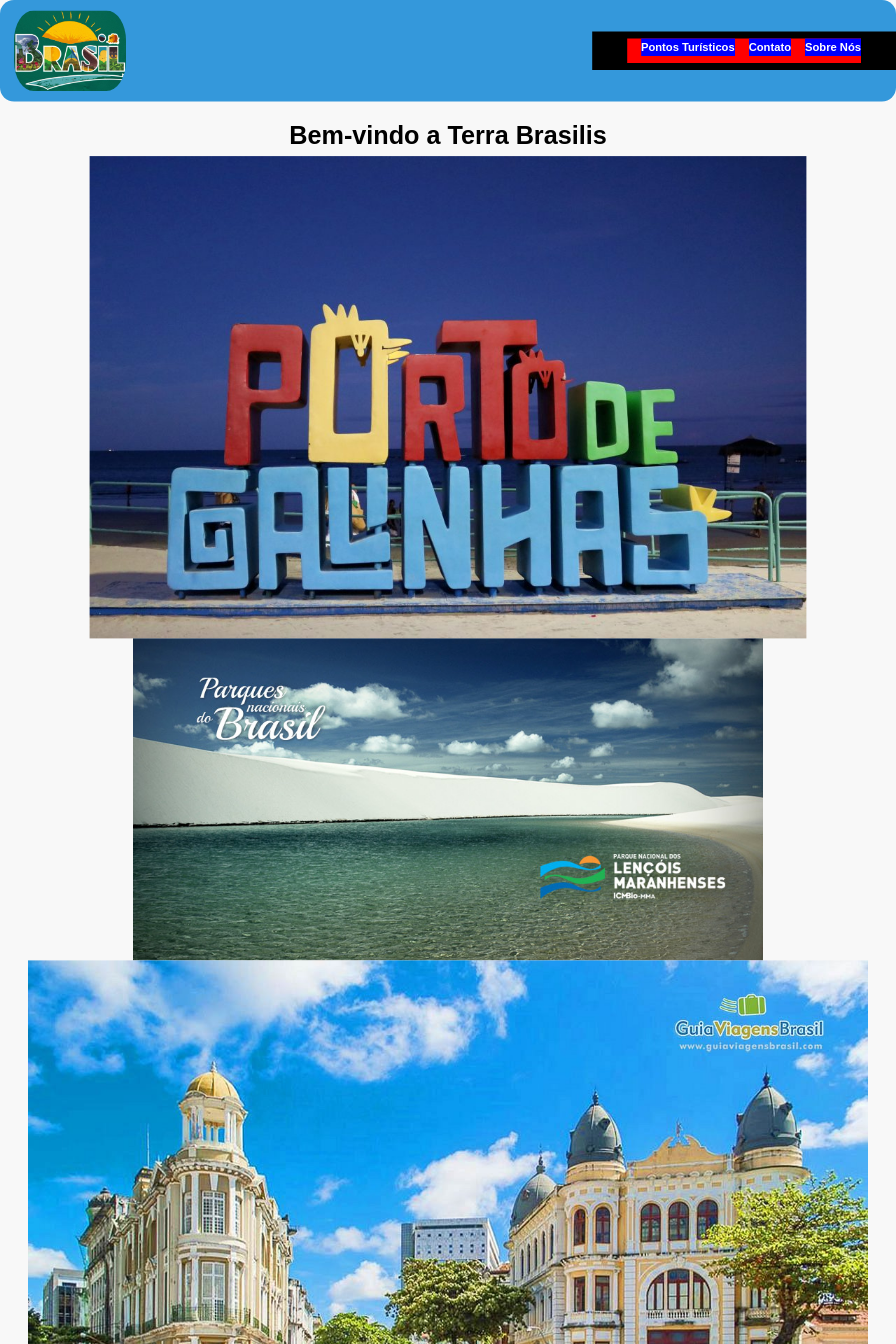
Repository: rodrigototy/ETE-PE
Page: tourism-agency/index.html
These files come from the project's save history. The page is drawn as it stood at one moment and after the next save; the edit follows.
The browser window is 1280 px wide. The pictures show the part of the page from y = 0 to 1920 px (the page is 7067 px tall), at 70% of full size.

Above is the page before, as saved 2024-04-04 22:18:54.

### tourism-agency/index.html
<!DOCTYPE html>
<html lang="pt-BR">
  <head>
    <meta charset="UTF-8" />
    <meta name="viewport" content="width=device-width, initial-scale=1.0" />
    <link
      rel="shortcut icon"
      href="static/img/favicon.ico"
      type="image/x-icon"
    />
    <link rel="stylesheet" href="static/css/style.css" />
    <title>Pontos Turísticos no Nordeste</title>
    <script src="static/js/main.js" defer></script>
  </head>
  <body>
    <div id="header"></div>
    <main>
      <div class="subtitle">
        <h1>Bem-vindo a Terra Brasilis</h1>
      </div>
      <div class="cards">
        <div class="card">
          <img
            src="static/img/porto-de-galinhas.jpg"
            alt="Praia de Porto de Galinhas"
          />
        </div>

        <div class="card">
          <img
            src="static/img/parque_lencois.jpg"
            alt="Parque Nacional dos Lençóis Maranhenses"
          />
        </div>

        <div class="card">
          <img src="static/img/recife-antigo.jpg" alt="Recife Antigo" />
        </div>

        <div class="card">
          <img
            src="static/img/praia-jericoacoara.jpeg"
            alt="Praia de Jericoacoara"
          />
        </div>

        <div class="card">
          <img
            src="static/img/centro-salvador.jpg"
            alt="Centro Histórico de Salvador"
          />
        </div>

        <div class="card">
          <img
            src="static/img/chapada-diamantina.jpg"
            alt="Chapada Diamantina"
          />
        </div>

        <div class="card">
          <img
            src="static/img/fernando-de-noronha.jpg"
            alt="Fernando de Noronha"
          />
        </div>

        <div class="card">
          <img src="static/img/praia-de-pipa.jpg" alt="Praia de Pipa" />
        </div>

        <div class="card">
          <img src="static/img/delta-do-parnaíba.jpg" alt="Delta do Parnaíba" />
        </div>

        <div class="card">
          <img src="static/img/porto-seguro.jpg" alt="Porto Seguro" />
        </div>
      </div>
    </main>
    <div id="footer"></div>
  </body>
</html>

### tourism-agency/static/css/style.css
/* Reset de estilos padrão */
@import url('modules/module-reset.css');

/* Estilos globais */
@import url('modules/module-global.css');

/* Estilizar o header */
@import url('modules/module-header.css');

/* Estilizar o footer */
@import url('modules/module-footer.css');

/* Estilizar o h1 do main */
@import url('modules/module-main.css');

/* Estilizar os page cards */
@import url('modules/module-page-cards.css');

### tourism-agency/static/js/main.js
document.addEventListener("DOMContentLoaded", function () {
  const header = document.getElementById("header");
  const footer = document.getElementById("footer");

  // Carrega o header
  fetch("static/templates/main/header.html")
    .then((response) => response.text())
    .then((data) => {
      header.innerHTML = data;
    });

  // Carrega o footer
  fetch("static/templates/main/footer.html")
    .then((response) => response.text())
    .then((data) => {
      footer.innerHTML = data;
    });
});

### tourism-agency/static/css/modules/module-reset.css
/* Reset de estilos padrão */
* {
    margin: 0;
    padding: 0;
    box-sizing: border-box;
  }

### tourism-agency/static/css/modules/module-global.css
/* Estilos globais */
body {
    font-family: Arial, sans-serif;
    background-color: #f8f8f8;
    line-height: 1.6;
    margin: 0;
  }

  .container {
    max-width: 1200px;
    margin: 0 auto;
    padding: 20px;
    border-radius: 20px;
  }

### tourism-agency/static/css/modules/module-header.css
/* Estilizar o header */
header {
  background-color: #3498db;
  color: #fff;
  padding: 10px 0;
  border-radius: 20px;
  display: flex;
  justify-content: space-between;
  align-items: center;
}

header img {
  max-width: 100%;
  height: auto;
  padding: 5px 20px;
  border-radius: 3rem;
}

nav {
  padding: 10px 50px;
  background-color: black;
}

nav ul {
  list-style: none;
  display: flex;
  background-color: red;
  display: flex;
  justify-self: center;
  margin: 0;
}

nav ul li {
  margin-left: 20px;
  text-align: center;
  background-color: blue;
  margin: 2 ;
}

nav ul li a {
  text-decoration: none;
  color: #fff;
  font-weight: bold;
}

### tourism-agency/static/css/modules/module-footer.css
  /* Estilizar o footer */
  footer {
    background-color: #333;
    color: #fff;
    text-align: center;
    padding: 10px 0;
    display: flex;
  }

  footer p {
    margin: 0px;
  }

  footer a {
    text-decoration: none;
    color: #fff;
    font-weight: bold;
  }

  footer ul {
    list-style: none;
    display: flex;
    justify-content: flex-end;
  }

  footer li {
    margin-left: 10px;
  }

  .about {
    display: flex;
    align-items: center;
  }

  .about img {
    border-radius: 2rem;
  }

### tourism-agency/static/css/modules/module-main.css
/* Estilizar o h1 do main */
main h1 {
    font-size: 36px;
    margin: 20px 0 0 0;
    text-align: center;
  }

### tourism-agency/static/css/modules/module-page-cards.css
/* Estilos do texto principal */
p {
  font-size: 18px;
  margin-bottom: 20px;
}

/* Estilos das imagens */
img {
  max-width: 100%;
  height: auto;
  display: block;
  margin: 0 auto;
}

/* Estilos dos subtítulos (h2) */
h2 {
  font-size: 28px;
  margin-top: 20px;
  margin-bottom: 10px;
}

/* Estilos da lista de pontos turísticos */
ul {
  list-style-type: disc;
  margin-left: 20px;
  margin-bottom: 20px;
}

li {
  margin-bottom: 10px;
}

### tourism-agency/static/templates/main/header.html
<header>
  <a href="index.html">
    <img
      src="static/img/logo-agency.png"
      alt="Logotipo Terra Brasilis"
      width="200"
    />
  </a>
  <nav>
    <ul>
      <li><a href="pages/pontos_turisticos.html">Pontos Turísticos</a></li>
      <li><a href="pages/contato.html">Contato</a></li>
      <li><a href="pages/about.html">Sobre Nós</a></li>
    </ul>
  </nav>
</header>

### tourism-agency/static/templates/main/footer.html

<footer>
    <div class="about">
      <img src="static/img/logo-agency.png" alt="Logotipo Terra Brasilis" height="120"/>
      <div>
        <h2>Sobre nós</h2>
        <p>
          Terra Brasilis é um site que ajuda você a planejar sua viagem dentro
          do Brasil, desde a compra das passagens, até a visita aos pontos
          turísticos mais importantes de cada região!
        </p>
      </div>
      <div class="redes">
        <p>Siga-nos nas redes sociais</p>
      <ul>
        <li><a href="https://facebook.com">Facebook</a></li>
        <li><a href="https://instagram.com">Instagram</a></li>
        <li><a href="https://linkedin.com">Linkedin</a></li>
      </ul></div>
    </div>
    <a class="repository"
      href="https://github.com/rodrigototy/ETE-PE/tree/main/tourism-agency"
      >Veja o repositório da página no GitHub</a
    ><br /><br />
  </footer>

After the next save:
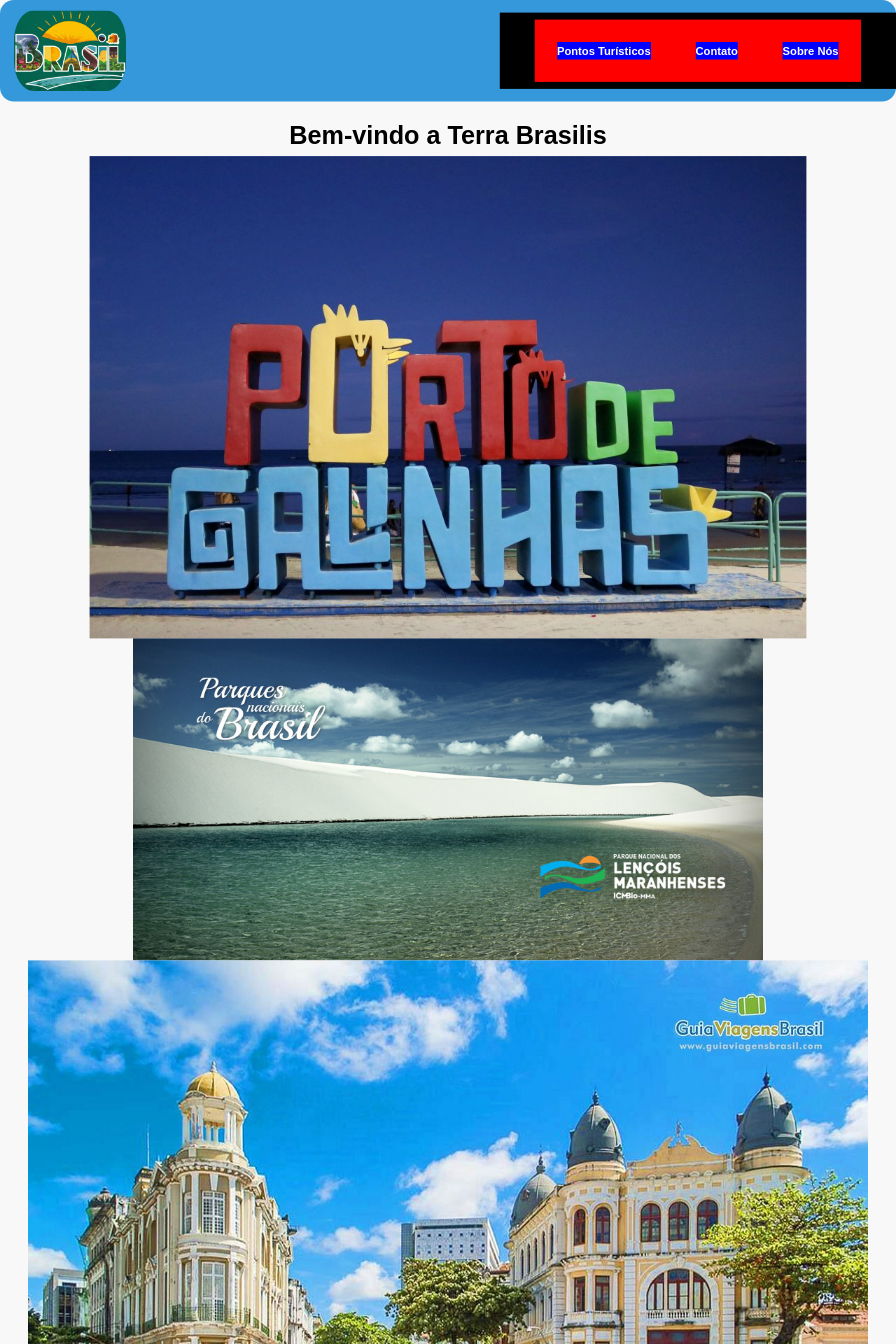
Saved 4 s later.
--- a/tourism-agency/static/css/modules/module-header.css
+++ b/tourism-agency/static/css/modules/module-header.css
@@ -34,7 +34,7 @@
   margin-left: 20px;
   text-align: center;
   background-color: blue;
-  margin: 2 ;
+  margin: 2rem;
 }
 
 nav ul li a {
